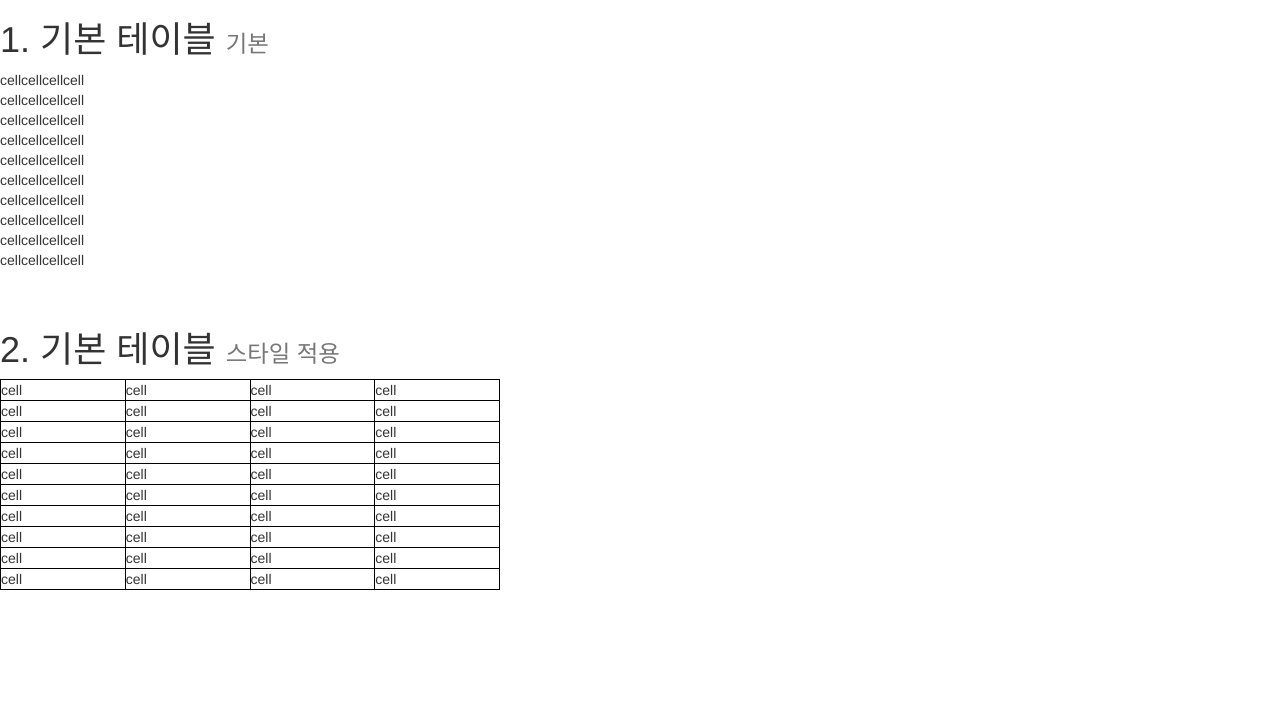
Repository: abbyinkr/BootstrapStudy
Page: BootStrapWork/WebContent/BootEx02.html
The author's editor kept a copy of each file at every save. The page is drawn from the files as they stood at one save, then again after the next save.
The browser window is 1280 px wide. The pictures show the whole page.

Above is the page before, as saved 2021-07-01 03:31:13.

### BootStrapWork/WebContent/BootEx02.html
<!DOCTYPE html>
<html>
<head>
<meta charset="UTF-8">
<title>BootEx02.html</title>

<link rel="stylesheet" href="css/bootstrap.css">
<script type="text/javascript" src="http://code.jquery.com/jquery.min.js"></script>
<script type="text/javascript" src="js/bootstrap.min.js"></script>

<style type="text/css">

	/* 테이블 기본 서식 */
	#table
	{
		width: 500px;
		border: 1px solid black;
		border-collapse: collapse;
	}

	#table td
	{
		border: 1px solid black;
	}


</style>

</head>
<body>

<h1>1. 기본 테이블 <small>기본</small> </h1>

<!-- table>(tr>td{cell}*4)*10 -->
<table>
	<tr>
		<td>cell</td>
		<td>cell</td>
		<td>cell</td>
		<td>cell</td>
	</tr>
	<tr>
		<td>cell</td>
		<td>cell</td>
		<td>cell</td>
		<td>cell</td>
	</tr>
	<tr>
		<td>cell</td>
		<td>cell</td>
		<td>cell</td>
		<td>cell</td>
	</tr>
	<tr>
		<td>cell</td>
		<td>cell</td>
		<td>cell</td>
		<td>cell</td>
	</tr>
	<tr>
		<td>cell</td>
		<td>cell</td>
		<td>cell</td>
		<td>cell</td>
	</tr>
	<tr>
		<td>cell</td>
		<td>cell</td>
		<td>cell</td>
		<td>cell</td>
	</tr>
	<tr>
		<td>cell</td>
		<td>cell</td>
		<td>cell</td>
		<td>cell</td>
	</tr>
	<tr>
		<td>cell</td>
		<td>cell</td>
		<td>cell</td>
		<td>cell</td>
	</tr>
	<tr>
		<td>cell</td>
		<td>cell</td>
		<td>cell</td>
		<td>cell</td>
	</tr>
	<tr>
		<td>cell</td>
		<td>cell</td>
		<td>cell</td>
		<td>cell</td>
	</tr>
</table>


<br /><br />


<h1>2. 기본 테이블 <small>스타일 적용</small> </h1>

<!-- table>(tr>td{cell}*4)*10 -->
<table id="table">
	<tr>
		<td>cell</td>
		<td>cell</td>
		<td>cell</td>
		<td>cell</td>
	</tr>
	<tr>
		<td>cell</td>
		<td>cell</td>
		<td>cell</td>
		<td>cell</td>
	</tr>
	<tr>
		<td>cell</td>
		<td>cell</td>
		<td>cell</td>
		<td>cell</td>
	</tr>
	<tr>
		<td>cell</td>
		<td>cell</td>
		<td>cell</td>
		<td>cell</td>
	</tr>
	<tr>
		<td>cell</td>
		<td>cell</td>
		<td>cell</td>
		<td>cell</td>
	</tr>
	<tr>
		<td>cell</td>
		<td>cell</td>
		<td>cell</td>
		<td>cell</td>
	</tr>
	<tr>
		<td>cell</td>
		<td>cell</td>
		<td>cell</td>
		<td>cell</td>
	</tr>
	<tr>
		<td>cell</td>
		<td>cell</td>
		<td>cell</td>
		<td>cell</td>
	</tr>
	<tr>
		<td>cell</td>
		<td>cell</td>
		<td>cell</td>
		<td>cell</td>
	</tr>
	<tr>
		<td>cell</td>
		<td>cell</td>
		<td>cell</td>
		<td>cell</td>
	</tr>
</table>



</body>
</html>

Loaded but not shown: BootStrapWork/WebContent/css/bootstrap.css (library); BootStrapWork/WebContent/js/bootstrap.min.js (library)

After the next save:
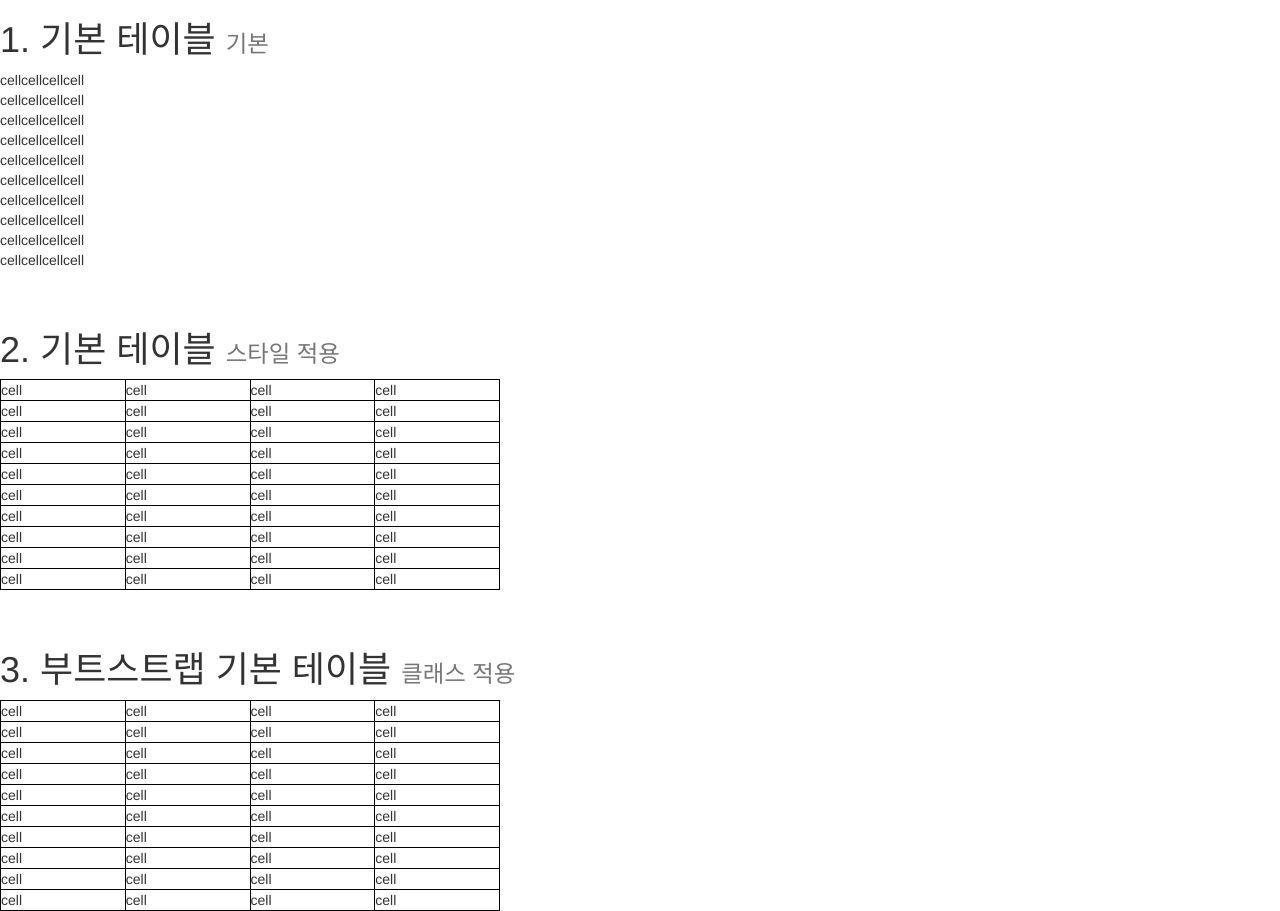
Saved 2 min 53 s later.
--- a/BootStrapWork/WebContent/BootEx02.html
+++ b/BootStrapWork/WebContent/BootEx02.html
@@ -164,6 +164,74 @@
 		<td>cell</td>
 	</tr>
 </table>
+<br /><br />
+
+
+<h1>3. 부트스트랩 기본 테이블 <small>클래스 적용</small> </h1>
+
+<!-- table>(tr>td{cell}*4)*10 -->
+<table id="table">
+	<tr>
+		<td>cell</td>
+		<td>cell</td>
+		<td>cell</td>
+		<td>cell</td>
+	</tr>
+	<tr>
+		<td>cell</td>
+		<td>cell</td>
+		<td>cell</td>
+		<td>cell</td>
+	</tr>
+	<tr>
+		<td>cell</td>
+		<td>cell</td>
+		<td>cell</td>
+		<td>cell</td>
+	</tr>
+	<tr>
+		<td>cell</td>
+		<td>cell</td>
+		<td>cell</td>
+		<td>cell</td>
+	</tr>
+	<tr>
+		<td>cell</td>
+		<td>cell</td>
+		<td>cell</td>
+		<td>cell</td>
+	</tr>
+	<tr>
+		<td>cell</td>
+		<td>cell</td>
+		<td>cell</td>
+		<td>cell</td>
+	</tr>
+	<tr>
+		<td>cell</td>
+		<td>cell</td>
+		<td>cell</td>
+		<td>cell</td>
+	</tr>
+	<tr>
+		<td>cell</td>
+		<td>cell</td>
+		<td>cell</td>
+		<td>cell</td>
+	</tr>
+	<tr>
+		<td>cell</td>
+		<td>cell</td>
+		<td>cell</td>
+		<td>cell</td>
+	</tr>
+	<tr>
+		<td>cell</td>
+		<td>cell</td>
+		<td>cell</td>
+		<td>cell</td>
+	</tr>
+</table>
 
 
 
